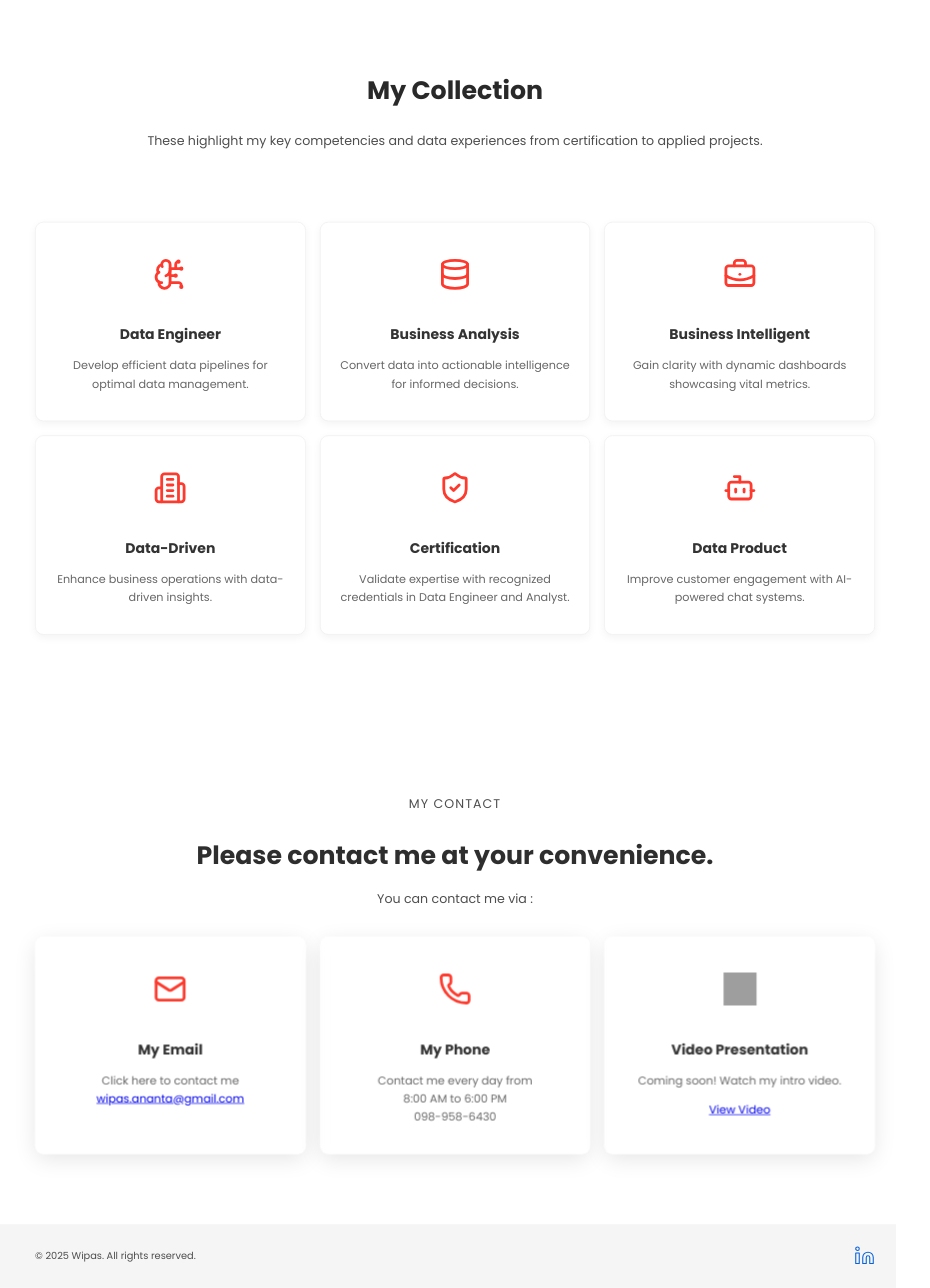
Repository: Wipas1919/Archive-portfolio
Page: index.html
The author's editor kept a copy of each file at every save. The page is drawn from the files as they stood at one save, then again after the next save.
The browser window is 1280 px wide. The page is 1328 px wide, so the pictures cover 1328 px, including what lies to the right of the window. The pictures show the part of the page from y = 1577 to 3417 px (the page is 3417 px tall before and 3357 px after), at 70% of full size.
Pictures or frames that could not be fetched are drawn as grey boxes.

Above is the page before, as saved 2025-05-26 21:25:37.

After the next save:
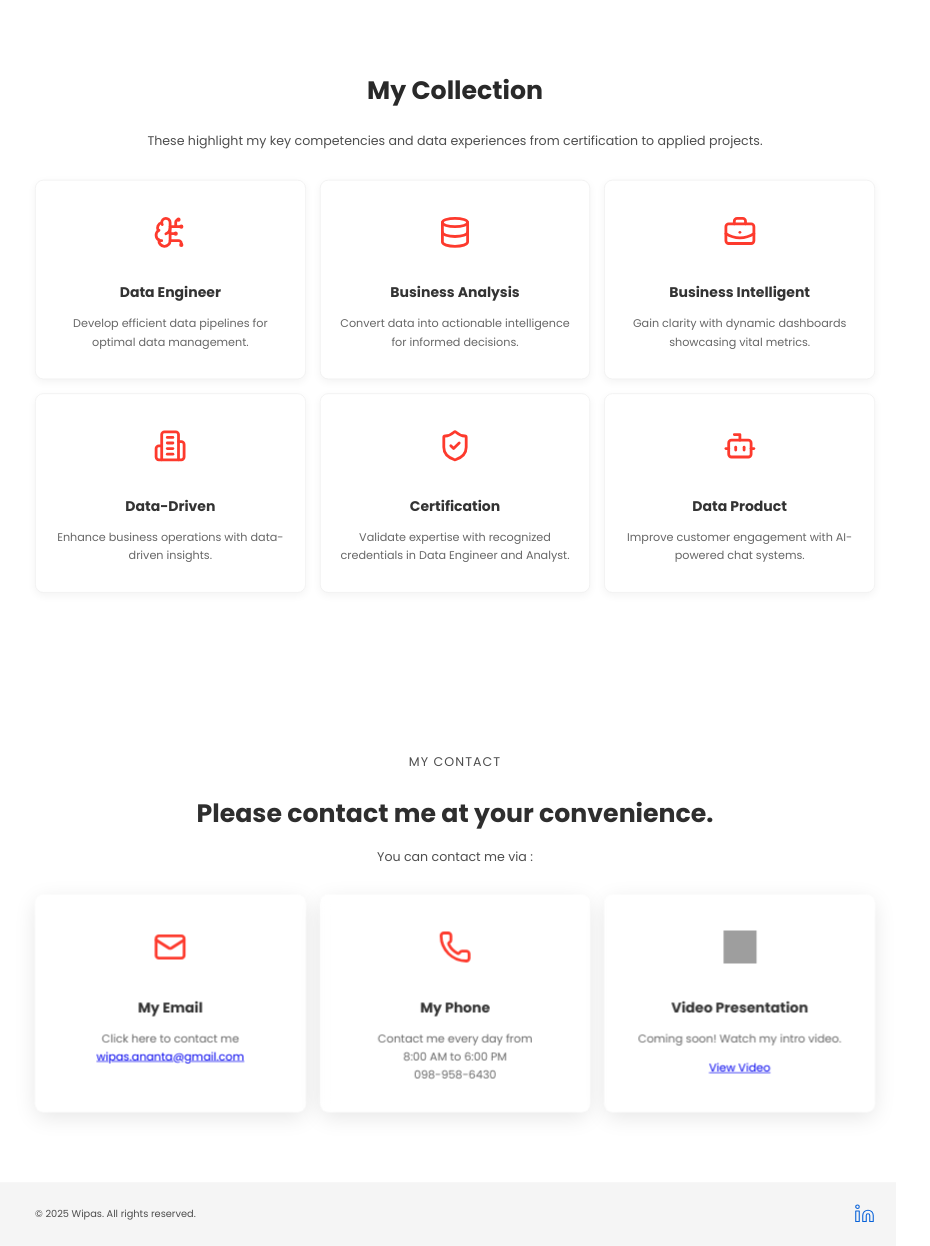
Saved 6 s later.
--- a/style/main.css
+++ b/style/main.css
@@ -284,7 +284,7 @@ section {
   display: grid;
   grid-template-columns: repeat(3, 1fr); /* สำคัญ: 3 คอลัมน์ */
   gap: 20px;
-  margin-top: 100px;
+  margin-top: 10px;
 }
 
 
